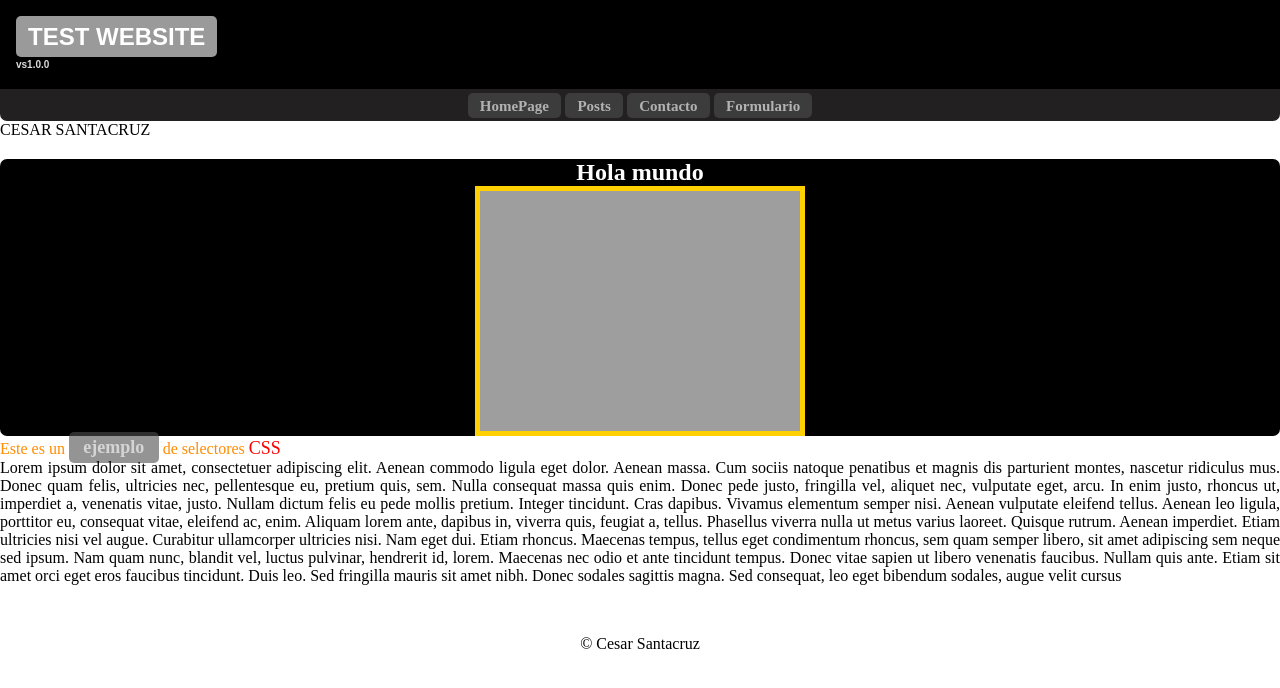
Repository: cesarsant0203/My_Study
Page: Introducción al desarrollo web/My Page 1/1.index.html
These files come from the project's save history. The page is drawn as it stood at one moment and after the next save; the edit follows.
The browser window is 1280 px wide. The pictures show the whole page.
Pictures or frames that could not be fetched are drawn as grey boxes.

Above is the page before, as saved 2020-04-29 18:51:23.

### Introducción al desarrollo web/My Page 1/1.index.html
<!DOCTYPE html>
<html lang="es">

<head>
    <meta charset="utf-8" />
    <title> HomePage </title>
    <link href="1.index.css" rel="stylesheet" />
</head>

<body>
    <header><h1>
            <a id="header" href="1.index.html">TEST WEBSITE</a>
            </h1>
        <h4>vs1.0.0</h4>
    </header>
        <section id="navBar" class="box">
            <nav>
                <a href="1.index.html">HomePage</a>
                <a href="2.posts.html">Posts</a>
                <a href="3.contacto.html">Contacto</a>
                <a href="4.formulario.html">Formulario</a>
            </nav>
        </section>
    <p>CESAR SANTACRUZ</p><br />
    <article id="ar1" class="blackCard">
        <h2>Hola mundo</h2>
        <img src="https://estrenaweb.com/wp-content/uploads/2018/11/bestial.gif" title="gif" class="gif" />
    </article>
    <span id="mySpan">Este es un <a href="#" class="bold">ejemplo</a> de selectores</span>
    <span class="bold red">CSS</span>
    <p id="p1">Lorem ipsum dolor sit amet, consectetuer adipiscing elit. Aenean commodo ligula
        eget dolor. Aenean massa. Cum sociis natoque penatibus et magnis dis parturient montes, nascetur ridiculus mus.
        Donec quam felis, ultricies nec, pellentesque eu, pretium quis, sem. Nulla consequat massa quis enim. Donec pede
        justo, fringilla vel, aliquet nec, vulputate eget, arcu. In enim justo, rhoncus ut, imperdiet a, venenatis
        vitae,
        justo. Nullam dictum felis eu pede mollis pretium. Integer tincidunt. Cras dapibus. Vivamus elementum semper
        nisi.
        Aenean vulputate eleifend tellus. Aenean leo ligula, porttitor eu, consequat vitae, eleifend ac, enim. Aliquam
        lorem
        ante, dapibus in, viverra quis, feugiat a, tellus. Phasellus viverra nulla ut metus varius laoreet. Quisque
        rutrum.
        Aenean imperdiet. Etiam ultricies nisi vel augue. Curabitur ullamcorper ultricies nisi. Nam eget dui. Etiam
        rhoncus.
        Maecenas tempus, tellus eget condimentum rhoncus, sem quam semper libero, sit amet adipiscing sem neque sed
        ipsum.
        Nam quam nunc, blandit vel, luctus pulvinar, hendrerit id, lorem. Maecenas nec odio et ante tincidunt tempus.
        Donec
        vitae sapien ut libero venenatis faucibus. Nullam quis ante. Etiam sit amet orci eget eros faucibus tincidunt.
        Duis
        leo. Sed fringilla mauris sit amet nibh. Donec sodales sagittis magna. Sed consequat, leo eget bibendum sodales,
        augue velit cursus
    </p>

    <footer>
        &copy Cesar Santacruz
    </footer>
</body>


</html>

### Introducción al desarrollo web/My Page 1/1.index.css
* {
    margin: 0;
}
header {
    background: black;
    padding: 1em;
    box-sizing: border-box;
    margin: 0em;
}
a#header, h4 {
    background-color: inherit;
    box-sizing: border-box;
    margin-bottom: 1px;
}
a#header {
    font-family: Arial, Helvetica, sans-serif;
    line-height: 1.4;
    color: white;
    font-size: 24px;
    font-weight: bold;
    text-decoration: none;
    padding: 0.3em 0.5em;
    border-radius: 5px;
    background-color: rgba(255, 255, 255, 0.602);
    transition: background-color 1s linear;
    transition: color 1s linear
}
a#header:hover, input:hover, button:hover, a#header:focus, input:focus, button:focus {
    background-color: #fff;
    color: black;
}
a#header:focus, input:focus, button:focus {
    box-shadow: 0 0 0 3px rgba(0,0,0,0.25);
    outline: 0;
}
h4 {
    color: gainsboro;
    font-size: x-small;
    font-family: Arial, Helvetica, sans-serif;
    line-height: 1.4;
    margin-top: 4px;
}
a{
    box-sizing: border-box;
    margin-top: auto;
    font-size: 15px;
    font-weight: bold;
    color: rgba(255, 255, 255, 0.609);
    text-decoration: none;
    padding: 0.3em 0.8em;
    border-radius: 5px;
    background-color: rgba(78, 78, 78, 0.602);
    transition: color 1s linear;
}
a:hover, input:hover, button:hover, a:focus, input:focus, button:focus {
    color: #fff;
}
a:focus, input:focus, button:focus {
    box-shadow: 0 0 0 3px rgba(0,0,0,0.25);
    outline: 0;
}
a:link {
    text-decoration: none;
}

a:visited {
    text-decoration: none;
}
section#navBar{
    font-size: large;
    text-align: center;
    background-color: rgb(34, 32, 32);
    padding: 0.33em;
    border-bottom-left-radius: 7px;
    border-bottom-right-radius: 7px;
}









/*.clase*/
.blackCard {
    background-color: black;
    text-align: center;
    box-sizing: border-box;
    margin-top: 0.1em;
    margin-bottom: 0.1em;
    border-radius: 7px;
}
h2 {
    color: white;
}

.bold {
    font-size: large;
}

.red {
    color: red;
}

span#mySpan {
    color: darkorange;
}

/*-----------------------*/
div span {
    font-size: xx-large;
}

/*-----------------------*/

/* selector universal (*)*/


/*-----------------------*/

/*dos puntos:*/
a:link {
    text-decoration: none;
}

a:visited {
    text-decoration: none;
}

/*-----------------------*/

span#mundo {
    font-style: italic;
}
footer {
    position: relative;
    margin-top: 50px;
    text-align: center;
    height: 30px;
}
p#p1 {
    text-align: justify;
}
img.gif {
    width: 320px;
    height: 240px;
    border: rgb(255, 209, 3) 5px solid;
    border-collapse: collapse;
    display: block;
    margin: auto;
}

After the next save:
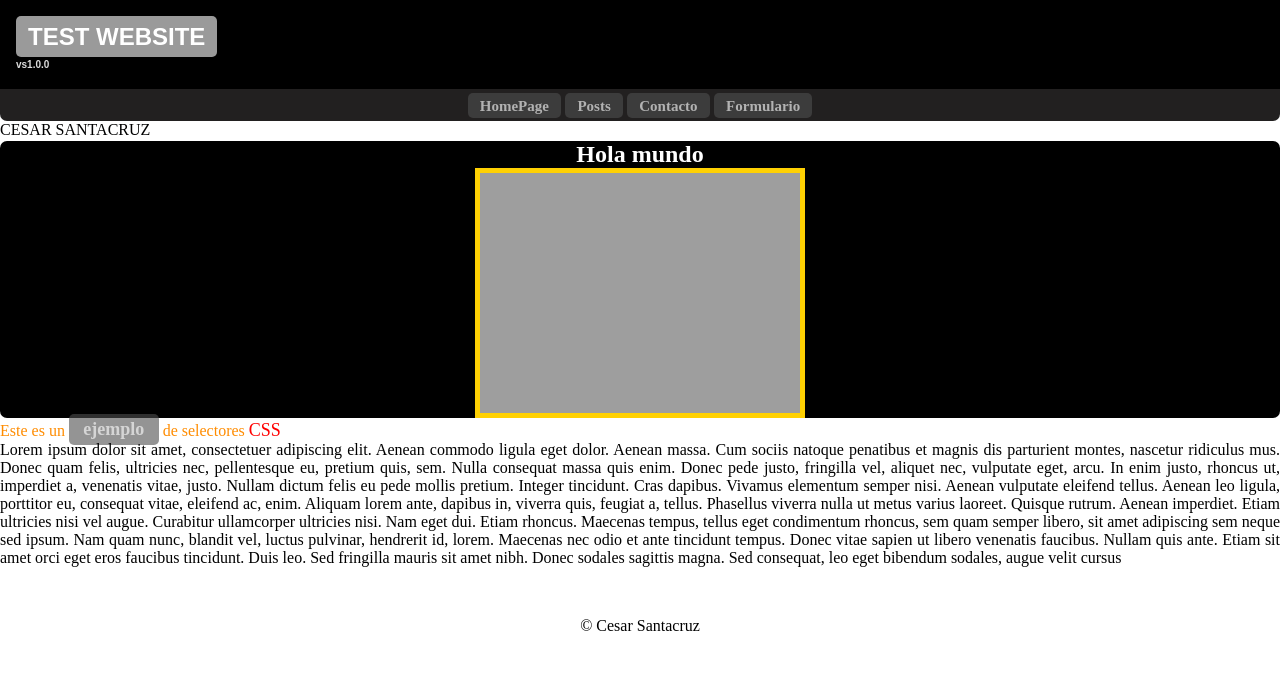
Saved 5 s later.
--- a/Introducción al desarrollo web/My Page 1/1.index.html
+++ b/Introducción al desarrollo web/My Page 1/1.index.html
@@ -21,7 +21,7 @@
                 <a href="4.formulario.html">Formulario</a>
             </nav>
         </section>
-    <p>CESAR SANTACRUZ</p><br />
+    <p>CESAR SANTACRUZ<br /></p>
     <article id="ar1" class="blackCard">
         <h2>Hola mundo</h2>
         <img src="https://estrenaweb.com/wp-content/uploads/2018/11/bestial.gif" title="gif" class="gif" />

After the save that followed:
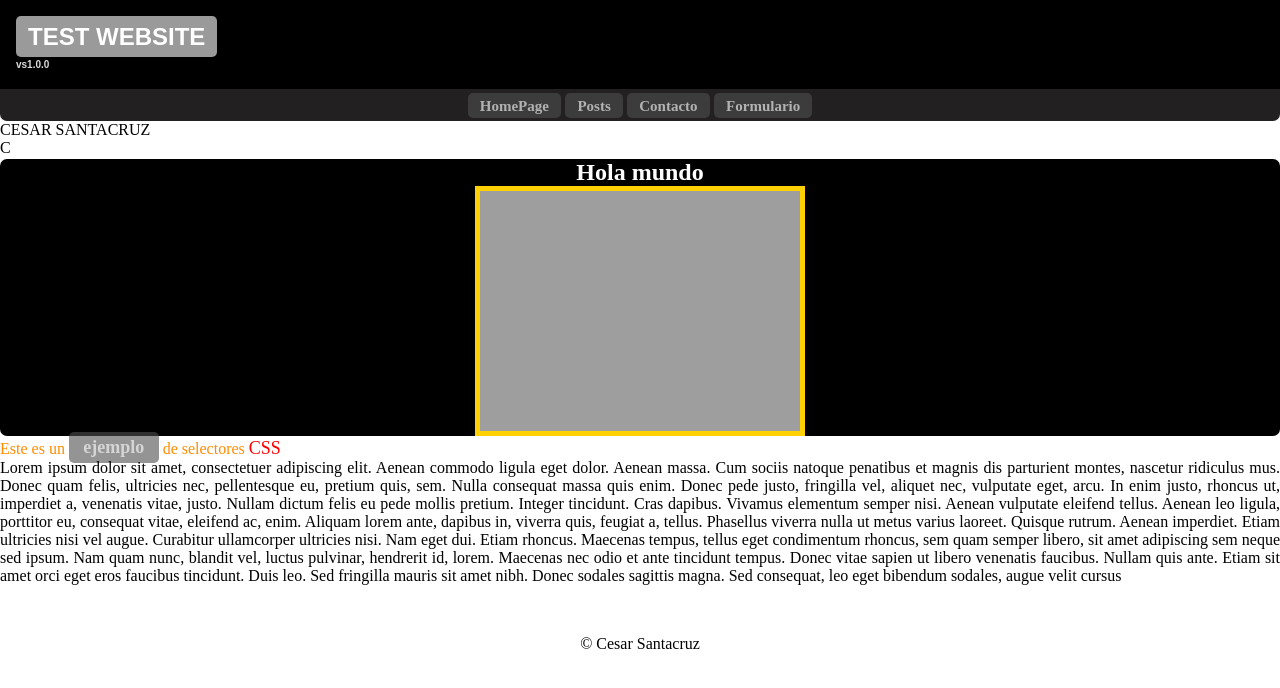
Saved 7 s later.
--- a/Introducción al desarrollo web/My Page 1/1.index.html
+++ b/Introducción al desarrollo web/My Page 1/1.index.html
@@ -21,7 +21,7 @@
                 <a href="4.formulario.html">Formulario</a>
             </nav>
         </section>
-    <p>CESAR SANTACRUZ<br /></p>
+    <p>CESAR SANTACRUZ<br /> C</p>
     <article id="ar1" class="blackCard">
         <h2>Hola mundo</h2>
         <img src="https://estrenaweb.com/wp-content/uploads/2018/11/bestial.gif" title="gif" class="gif" />
